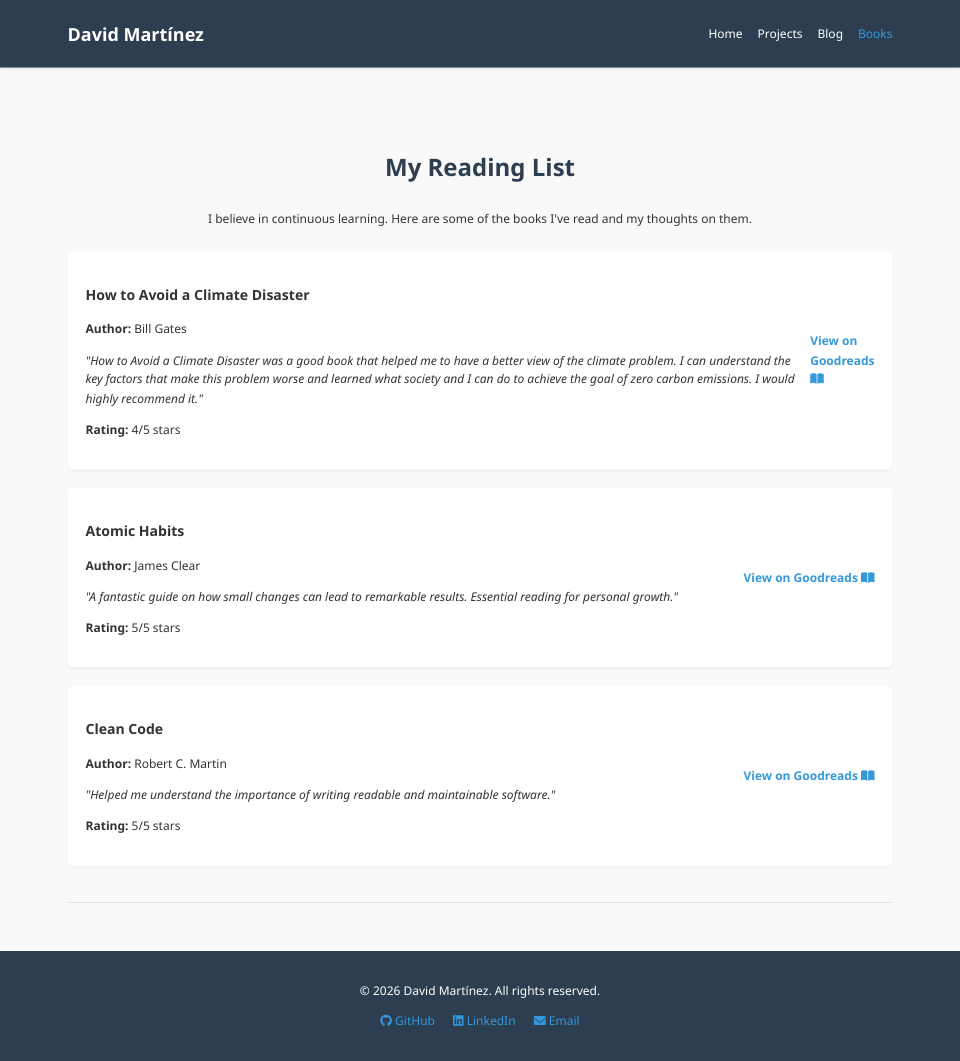
Repository: davidsmv/davidsmv.github.io
Page: books.html
The author's editor kept a copy of each file at every save. The page is drawn from the files as they stood at one save, then again after the next save.
The browser window is 1280 px wide. The pictures show the whole page, at 75% of full size.

Above is the page before, as saved 2026-01-19 17:04:38.

### books.html
<!DOCTYPE html>
<html lang="en">
<head>
    <!-- Google Tag Manager -->
    <script>(function(w,d,s,l,i){w[l]=w[l]||[];w[l].push({'gtm.start':
    new Date().getTime(),event:'gtm.js'});var f=d.getElementsByTagName(s)[0],
    j=d.createElement(s),dl=l!='dataLayer'?'&l='+l:'';j.async=true;j.src=
    'https://www.googletagmanager.com/gtm.js?id='+i+dl;f.parentNode.insertBefore(j,f);
    })(window,document,'script','dataLayer','GTM-K4HP3RM');</script>
    <!-- End Google Tag Manager -->

    <meta charset="UTF-8">
    <meta name="viewport" content="width=device-width, initial-scale=1.0">
    <meta http-equiv="X-UA-Compatible" content="ie=edge">
    <title>Books - David Martínez</title>

    <link rel="stylesheet" href="styles.css">
    <link rel="stylesheet" href="https://cdnjs.cloudflare.com/ajax/libs/font-awesome/6.0.0/css/all.min.css">
</head>
<body>
    <!-- Google Tag Manager (noscript) -->
    <noscript><iframe src="https://www.googletagmanager.com/ns.html?id=GTM-K4HP3RM"
    height="0" width="0" style="display:none;visibility:hidden"></iframe></noscript>
    <!-- End Google Tag Manager (noscript) -->

    <header>
        <nav>
            <div class="logo"><a href="index.html" style="color: white; text-decoration: none;">David Martínez</a></div>
            <ul class="nav-links">
                <li><a href="index.html">Home</a></li>
                <li><a href="projects.html">Projects</a></li>
                <li><a href="blog.html">Blog</a></li>
                <li><a href="books.html" style="color: var(--accent-color);">Books</a></li>
            </ul>
        </nav>
    </header>

    <div class="container">
        <section>
            <h2>My Reading List</h2>
            <p style="text-align: center; margin-bottom: 30px;">
                I believe in continuous learning. Here are some of the books I've read and my thoughts on them.
            </p>

            <div class="card-list" id="all-books">
                <!-- Content will be loaded from scripts.js -->
            </div>
        </section>
    </div>

    <footer>
        <p>&copy; 2026 David Martínez. All rights reserved.</p>
        <p>
            <a href="https://github.com/davidsmv" target="_blank"><i class="fab fa-github"></i> GitHub</a>
            <a href="https://www.linkedin.com/in/davidsmv" target="_blank"><i class="fab fa-linkedin"></i> LinkedIn</a>
            <a href="mailto:david-martinezv@hotmail.com"><i class="fas fa-envelope"></i> Email</a>
        </p>
    </footer>

    <!-- Load scripts -->
    <script src="scripts.js"></script>
    <script>
        renderBooks('all-books');
    </script>
</body>
</html>

### styles.css
/* Root variables for easy customization */
:root {
  --primary-color: #2c3e50; /* Dark Blue */
  --accent-color: #3498db;  /* Light Blue */
  --bg-color: #f9f9f9;      /* Light Gray Background */
  --text-color: #333;       /* Dark Text */
  --card-bg: #fff;          /* White Card Background */
  --font-main: 'Segoe UI', Tahoma, Geneva, Verdana, sans-serif;
}

body {
  font-family: var(--font-main);
  background-color: var(--bg-color);
  color: var(--text-color);
  margin: 0;
  padding: 0;
  line-height: 1.6;
}

/* Header & Navigation */
header {
  background-color: var(--primary-color);
  color: #fff;
  padding: 1rem 0;
  position: sticky;
  top: 0;
  z-index: 1000;
  box-shadow: 0 2px 5px rgba(0,0,0,0.1);
}

nav {
  display: flex;
  justify-content: space-between;
  align-items: center;
  max-width: 1100px;
  margin: 0 auto;
  padding: 0 20px;
}

.logo {
  font-size: 1.5rem;
  font-weight: bold;
}

.nav-links {
  list-style: none;
  display: flex;
}

.nav-links li {
  margin-left: 20px;
}

.nav-links a {
  color: #fff;
  text-decoration: none;
  font-weight: 500;
  transition: color 0.3s;
}

.nav-links a:hover {
  color: var(--accent-color);
}

/* Sections */
.container {
  max-width: 1100px;
  margin: 0 auto;
  padding: 2rem 20px;
}

section {
  padding: 3rem 0;
  border-bottom: 1px solid #ddd;
}

section h2 {
  text-align: center;
  margin-bottom: 2rem;
  color: var(--primary-color);
  font-size: 2rem;
}

/* About Section */
.about-content {
  display: flex;
  flex-wrap: wrap;
  align-items: center;
  gap: 2rem;
}

.about-text {
  flex: 1;
  min-width: 300px;
}

.about-image {
  flex: 1;
  text-align: center;
  min-width: 300px;
}

.profile-pic {
  width: 200px;
  height: 200px;
  border-radius: 50%;
  object-fit: cover;
  border: 4px solid var(--accent-color);
}

/* Projects Grid */
.projects-grid {
  display: grid;
  grid-template-columns: repeat(auto-fit, minmax(300px, 1fr));
  gap: 2rem;
}

.project-card {
  background: var(--card-bg);
  padding: 1.5rem;
  border-radius: 8px;
  box-shadow: 0 4px 6px rgba(0,0,0,0.1);
  transition: transform 0.3s ease;
}

.project-card:hover {
  transform: translateY(-5px);
}

.project-card h3 {
  margin-top: 0;
  color: var(--primary-color);
}

.project-link {
  display: inline-block;
  margin-top: 1rem;
  color: var(--accent-color);
  text-decoration: none;
  font-weight: bold;
}

/* Blog & Books (General Card Style) */
.card-list {
  display: flex;
  flex-direction: column;
  gap: 1.5rem;
}

.list-item {
  background: var(--card-bg);
  padding: 1.5rem;
  border-radius: 8px;
  box-shadow: 0 2px 4px rgba(0,0,0,0.05);
  display: flex;
  justify-content: space-between;
  align-items: center;
}

.list-item a {
  color: var(--accent-color);
  text-decoration: none;
  font-weight: bold;
}

/* Footer */
footer {
  background-color: var(--primary-color);
  color: #fff;
  text-align: center;
  padding: 1.5rem 0;
  margin-top: 2rem;
}

footer a {
  color: var(--accent-color);
  margin: 0 10px;
  text-decoration: none;
}

/* Responsive */
@media (max-width: 768px) {
  nav {
    flex-direction: column;
  }

  .nav-links {
    margin-top: 1rem;
  }

  .nav-links li {
    margin: 0 10px;
  }

  .about-content {
    flex-direction: column-reverse;
    text-align: center;
  }
}

### scripts.js
// ============================================
// DATA SECTION - EDIT THIS TO UPDATE YOUR SITE
// ============================================

const projectsData = [
    {
        title: "Market Dashboard",
        description: "A dashboard created using Holistics/PowerBI to track market information and support pricing policies.",
        link: "#",
        linkText: "View Project"
    },
    {
        title: "Real Estate Pricing Model",
        description: "Data analysis project using Python to estimate initial and final pricing for real estate assets.",
        link: "#",
        linkText: "View Project"
    },
    {
        title: "Web Scraper",
        description: "A Python script to extract data from various sources for analysis.",
        link: "#",
        linkText: "View Code"
    },
    {
        title: "Sales Forecasting Tool",
        description: "Predicted future sales trends using historical data and regression models in Python.",
        link: "#",
        linkText: "View Project"
    },
    {
        title: "Portfolio Website",
        description: "This very website! Built with HTML, CSS, JavaScript, and hosted on GitHub Pages.",
        link: "#",
        linkText: "View Code"
    }
];

const blogData = [
    {
        title: "Getting started with Machine Learning",
        description: "My journey into ML and what I've learned so far about algorithms and data preparation.",
        date: "Jan 15, 2026",
        link: "https://medium.com/",
        linkText: "Read on Medium"
    },
    {
        title: "Visualizing Data with PowerBI",
        description: "Tips and tricks for creating effective dashboards that drive business decisions.",
        date: "Dec 10, 2025",
        link: "#",
        linkText: "Read Article"
    },
    {
        title: "Why Python is Essential for Finance",
        description: "Automating spreadsheets and financial modeling with Python libraries like Pandas.",
        date: "Nov 22, 2025",
        link: "#",
        linkText: "Read Article"
    },
    {
        title: "The Future of Proptech",
        description: "Reflections on my experience at Habi and how technology is changing real estate.",
        date: "Oct 05, 2025",
        link: "#",
        linkText: "Read Article"
    }
];

const bookData = [
    {
        title: "How to Avoid a Climate Disaster",
        author: "Bill Gates",
        review: "How to Avoid a Climate Disaster was a good book that helped me to have a better view of the climate problem. I can understand the key factors that make this problem worse and learned what society and I can do to achieve the goal of zero carbon emissions. I would highly recommend it.",
        rating: "4/5 stars",
        link: "https://www.goodreads.com/book/show/52275335-how-to-avoid-a-climate-disaster",
        linkText: "View on Goodreads"
    },
    {
        title: "Atomic Habits",
        author: "James Clear",
        review: "A fantastic guide on how small changes can lead to remarkable results. Essential reading for personal growth.",
        rating: "5/5 stars",
        link: "https://www.goodreads.com/",
        linkText: "View on Goodreads"
    },
    {
        title: "Clean Code",
        author: "Robert C. Martin",
        review: "Helped me understand the importance of writing readable and maintainable software.",
        rating: "5/5 stars",
        link: "https://www.goodreads.com/",
        linkText: "View on Goodreads"
    }
];


// ============================================
// LOGIC SECTION - DO NOT EDIT UNLESS NECESSARY
// ============================================

function renderProjects(containerId, limit = null) {
    const container = document.getElementById(containerId);
    if (!container) return;

    const dataToRender = limit ? projectsData.slice(0, limit) : projectsData;

    container.innerHTML = dataToRender.map(project => `
        <div class="project-card">
            <h3>${project.title}</h3>
            <p>${project.description}</p>
            <a href="${project.link}" class="project-link">${project.linkText} &rarr;</a>
        </div>
    `).join('');
}

function renderBlogs(containerId, limit = null) {
    const container = document.getElementById(containerId);
    if (!container) return;

    const dataToRender = limit ? blogData.slice(0, limit) : blogData;

    container.innerHTML = dataToRender.map(post => `
        <div class="list-item">
            <div>
                <h3>${post.title}</h3>
                <p>${post.description}</p>
                <small>Published on ${post.date}</small>
            </div>
            <a href="${post.link}" target="_blank">${post.linkText} <i class="fas fa-external-link-alt"></i></a>
        </div>
    `).join('');
}

function renderBooks(containerId, limit = null) {
    const container = document.getElementById(containerId);
    if (!container) return;

    const dataToRender = limit ? bookData.slice(0, limit) : bookData;

    container.innerHTML = dataToRender.map(book => `
        <div class="list-item">
            <div>
                <h3>${book.title}</h3>
                <p><strong>Author:</strong> ${book.author}</p>
                <p><em>"${book.review}"</em></p>
                ${book.rating ? `<p><strong>Rating:</strong> ${book.rating}</p>` : ''}
            </div>
            <a href="${book.link}" target="_blank">${book.linkText} <i class="fas fa-book-open"></i></a>
        </div>
    `).join('');
}

After the next save:
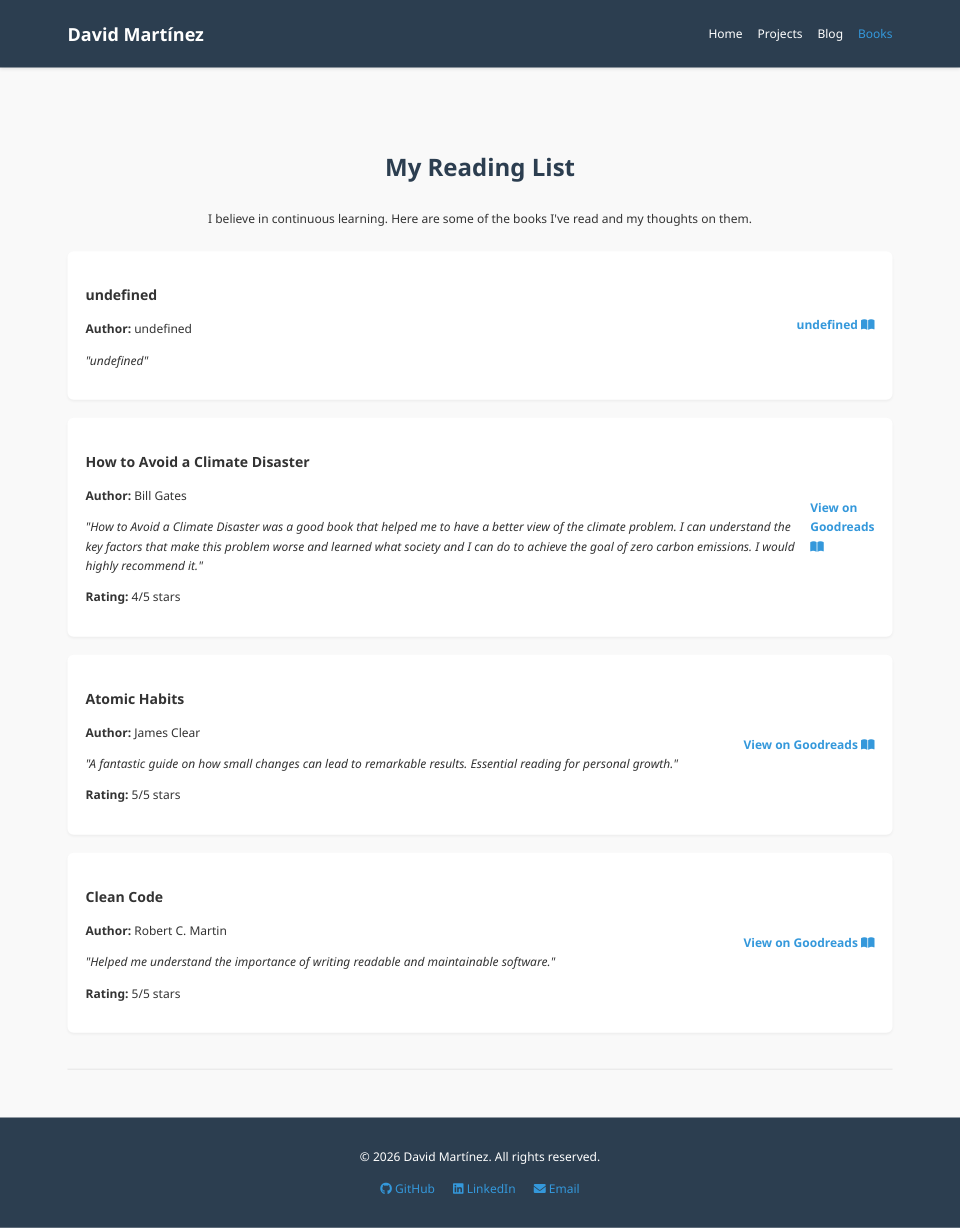
Saved 3 min 33 s later.
--- a/scripts.js
+++ b/scripts.js
@@ -67,6 +67,13 @@ const blogData = [
 ];
 
 const bookData = [
+    {
+        goodreadsHtml: `<a href="https://www.goodreads.com/book/show/370523.Cien_a_os_de_soledad" style="float: left; padding-right: 20px"><img border="0" alt="Cien años de soledad" src="https://i.gr-assets.com/images/S/compressed.photo.goodreads.com/books/1347626503l/370523._SY160_.jpg" /></a><a href="https://www.goodreads.com/book/show/370523.Cien_a_os_de_soledad">Cien años de soledad</a> by <a href="https://www.goodreads.com/author/show/13450.Gabriel_Garc_a_M_rquez">Gabriel García Márquez</a><br/>
+My rating: <a href="https://www.goodreads.com/review/show/6917179766">5 of 5 stars</a><br /><br />
+Esta es mi segunda lectura de este libro; la primera fue en el colegio, cuando era un poco menos maduro que ahora. Hoy lo veo desde una perspectiva distinta y noto cómo la política es tan trascendental en nuestra vida, aunque muchas veces ni siquiera nos damos cuenta de ello. También observo cómo moldea la vida de la mayoría de los personajes, no solo la del coronel. Además, percibo cómo la vida sigue su curso: cada personaje cumple su papel en su momento, y la historia continúa y continúa. Esto me lleva a la reflexión de que, a veces, la vida se trata precisamente de eso: de hacer nuestra parte para que las generaciones futuras sigan construyendo.<br /><br />Lo volveré a leer una tercera vez, sin duda. Es una obra de arte.
+<br/><br/>
+<a href="https://www.goodreads.com/review/list/112709167-david-mart-nez">View all my reviews</a>`
+    },
     {
         title: "How to Avoid a Climate Disaster",
         author: "Bill Gates",
